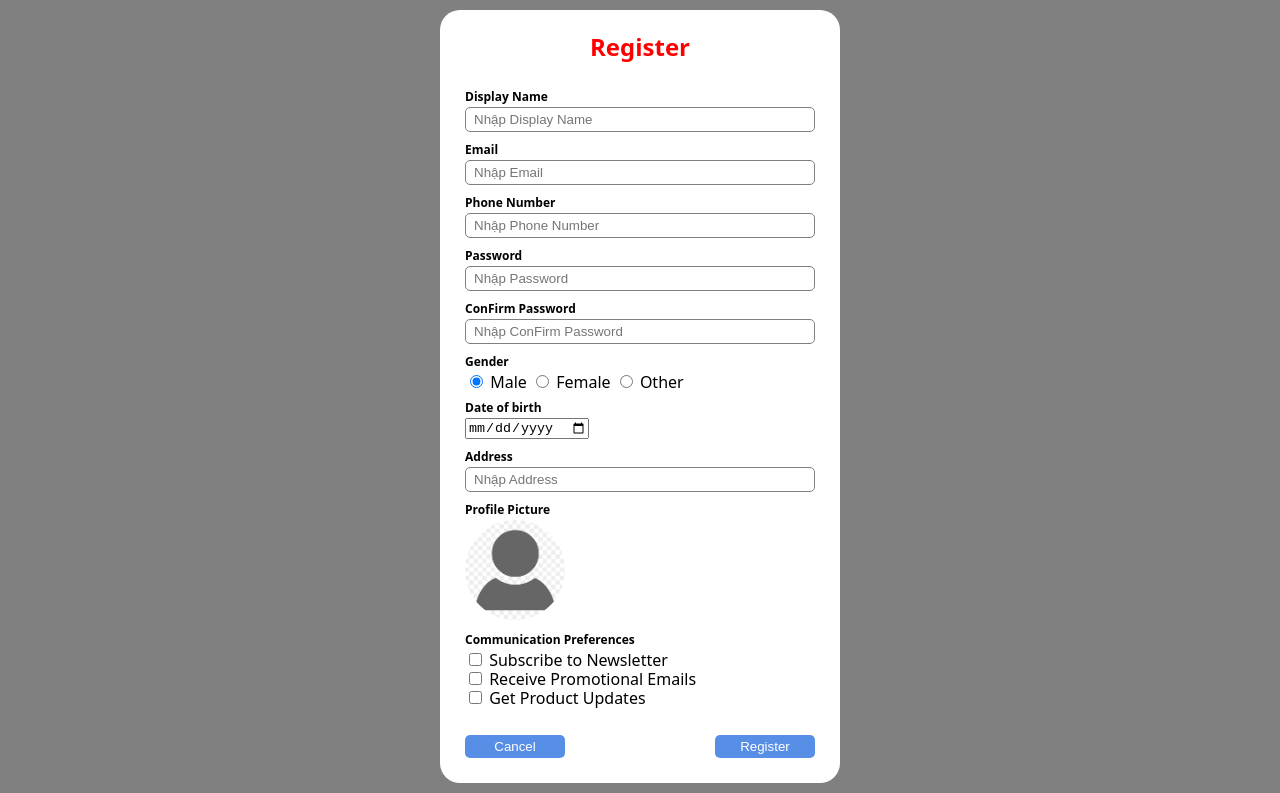
Repository: doanhieu0707/Homework-Day-5
Page: form-interactive.html
An editor plug-in stored every save of this project. The page is shown before and after a run of saves, followed by the edit.
The browser window is 1280 px wide. The pictures show the whole page.

Above is the page before, as saved 2026-04-02 14:08:25.

### form-interactive.html
<!doctype html>
<html lang="en">
    <head>
        <meta charset="UTF-8" />
        <meta name="viewport" content="width=device-width, initial-scale=1.0" />
        <link rel="stylesheet" href="./css/reset.css" />
        <link rel="stylesheet" href="./css/style.css" />
        <title>Register</title>
    </head>
    <body>
        <form action="" class="form">
            <h1 class="form-heading">Register</h1>
            <div class="form-group">
                <label for="display-name" class="form-label"
                    >Display Name</label
                >
                <input
                    class="form-input"
                    type="text"
                    id="display-name"
                    placeholder="Nhập Display Name"
                />
            </div>
            <div class="form-group">
                <label for="email" class="form-label">Email</label>
                <input
                    class="form-input"
                    type="email"
                    id="email"
                    placeholder="Nhập Email"
                />
            </div>
            <div class="form-group">
                <label for="phone-number" class="form-label"
                    >Phone Number</label
                >
                <input
                    class="form-input"
                    type="phone"
                    id="phone-number"
                    placeholder="Nhập Phone Number"
                />
            </div>
            <div class="form-group">
                <label for="password" class="form-label">Password</label>
                <input
                    class="form-input"
                    type="password"
                    id="password"
                    placeholder="Nhập Password"
                />
            </div>
            <div class="form-group">
                <label for="confirm-password" class="form-label"
                    >ConFirm Password</label
                >
                <input
                    class="form-input"
                    type="password"
                    id="confirm-password"
                    placeholder="Nhập ConFirm Password"
                />
            </div>
            <div class="form-group">
                <label class="form-label">Gender</label>
                <label>
                    <input type="radio" name="gender" value="male" checked />
                    Male
                </label>
                <label>
                    <input type="radio" name="gender" value="female" /> Female
                </label>
                <label>
                    <input type="radio" name="gender" value="other" /> Other
                </label>
            </div>
            <div class="form-group">
                <label for="date-of-birth" class="form-label">
                    Date of birth
                </label>
                <input type="date" id="date-of-birth" />
            </div>
            <div class="form-group">
                <label for="address" class="form-label">Address</label>
                <input
                    class="form-input"
                    type="text"
                    id="address"
                    placeholder="Nhập Address"
                />
            </div>
            <div class="form-group">
                <label for="profile-picture" class="form-label"
                    >Profile Picture</label
                >
                <label for="profile-picture" class="form-avatar">
                    <img src="./img/images.png" alt="avatar" class="avatar" />
                </label>
                <input type="file" id="profile-picture" hidden />
            </div>
            <div class="form-group">
                <label class="form-label">Communication Preferences</label>
                <div class="form-options">
                    <label>
                        <input type="checkbox" name="option" /> Subscribe to
                        Newsletter
                    </label>
                    <label>
                        <input type="checkbox" name="option" /> Receive
                        Promotional Emails
                    </label>
                    <label>
                        <input type="checkbox" name="option" /> Get Product
                        Updates
                    </label>
                </div>
            </div>
            <div class="form-group form-footer">
                <button class="btn">Cancel</button>
                <button class="btn">Register</button>
            </div>
        </form>
    </body>
</html>

### css/style.css
* {
    box-sizing: border-box;
}

body {
    background-color: gray;
    font-family:
        system-ui,
        -apple-system,
        BlinkMacSystemFont,
        "Segoe UI",
        Roboto,
        Oxygen,
        Ubuntu,
        Cantarell,
        "Fira Sans",
        "Droid Sans",
        "Helvetica Neue",
        sans-serif;
}

/* ===== CV ===== */
.cv {
    background-color: white;
    max-width: 765px;
    padding: 32px 0;
    margin: 28px auto 0px;
}

.cv .infor {
    margin-left: 60px;
    margin-right: 60px;
}

.header {
    text-align: center;
}

.header p {
    font-weight: 500;
    margin-top: 8px;
}

.header .heading-1 {
    font-weight: bold;
    font-size: larger;
    margin: 0;
}

.infor .work {
    margin-top: 28px;
}

.work .heading-2 {
    border-bottom: 2px solid #333;
    padding-bottom: 6px;
    font-weight: bold;
}

.part ul {
    margin-left: 20px;
        margin-top: 16px;
    list-style-type: disc;
}

.part ul li {
    line-height: 20px;
    text-align: justify;
}

.part ul li::marker {
    color: black;
}

.part .title {
    display: flex;
    margin-top: 12px;
    justify-content: space-between;
}

.part .title span {
    font-weight: bold;
}

.footer {
    margin-top: 16px;
}

.footer .info {
    border-bottom: 2px solid #333;
    padding-bottom: 6px;
    font-weight: bold;
}

.footer p {
    margin-top: 16px;
}

.footer span {
    font-weight: bold;
}


/* ===== Menu ===== */
.menu {
    display: flex;
    align-items: center;
    justify-content: center;
    padding: 0 45px;
    font-size: 0;
    background-color: #3e5cca;
}

.menu li {
    display: inline-block;
}

.menu li a {
    display: inline-block;
    color: white;
    font-size: 16px;
    padding: 21px;
    text-decoration: none;
}

.menu li:hover {
    background-color: pink;
}

.menu li a:hover {
    color: #3e5cca;
}


/* ===== Form ===== */
.form {
    max-width: 400px;
    padding: 25px;
    margin: 10px auto;
    border-radius: 20px;
    background-color: #fff;
}

.form-heading {
    margin-bottom: 32px;
    text-align: center;
    font-size: 24px;
    font-weight: bold;
    color: red
}

.form-label {
    display: block;
    margin: 12px 0 4px;
    font-weight: 600;
    font-size: 12px;
}

.form-input {
    width: 100%;
    padding: 4px 8px;
    border: 1px solid gray;
    border-radius: 5px;
    outline: none;
}

.avatar {
    width: 100px;
    height: 100px;
    cursor: pointer;
    border-radius: 50%;
}

.form-options label {
    display: block;
}

.form-footer {
    display: flex;
    margin-top: 28px;
    justify-content: space-between;
}

.btn {
    display: inline-block;
    padding: 4px 16px;
    border-radius: 5px;
    min-width: 100px;
    text-align: center;
    border: none;
    background: rgb(87, 142, 230);
    color: white;
    text-decoration: none;
    cursor: pointer;
}

Loaded but not shown: css/reset.css (common file)

After the next 2 saves:
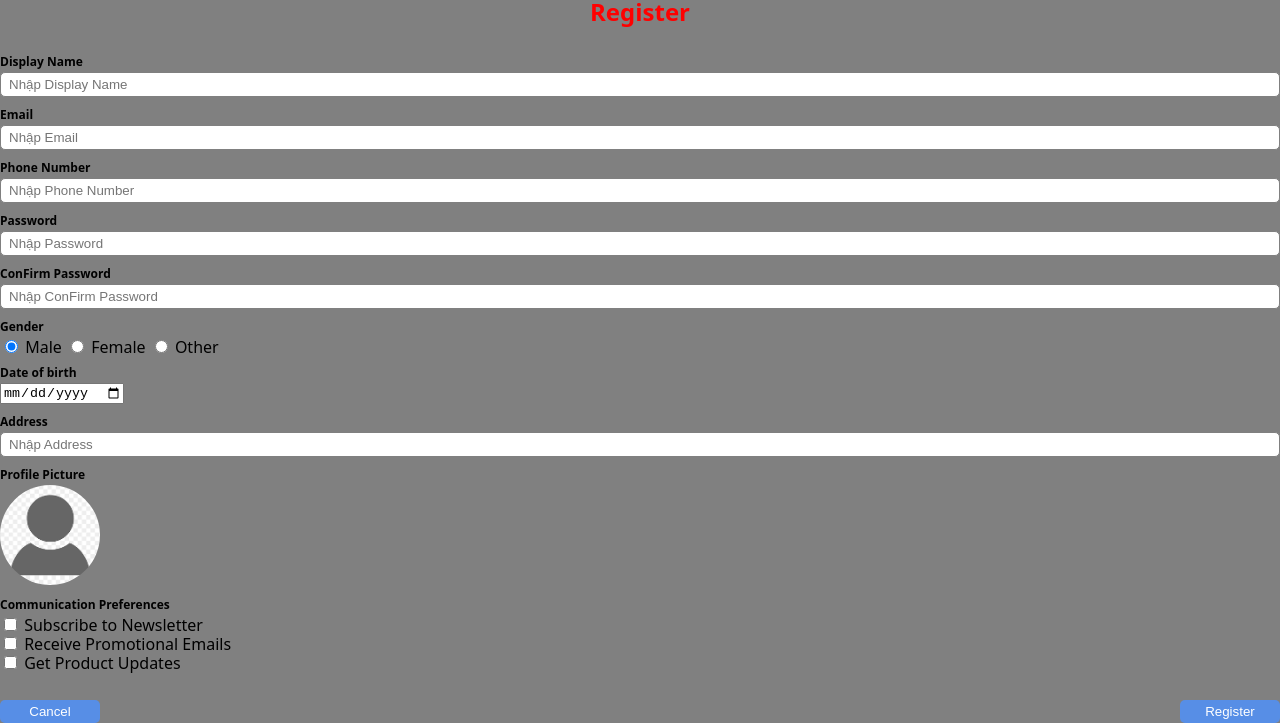
The 2 saves are shown as one change because they came seconds apart.
The last was saved 2 min 0 s later.
--- a/css/style.css
+++ b/css/style.css
@@ -131,6 +131,8 @@
     color: #3e5cca;
 }
 
+.menu
+
 
 /* ===== Form ===== */
 .form {

After the save that followed:
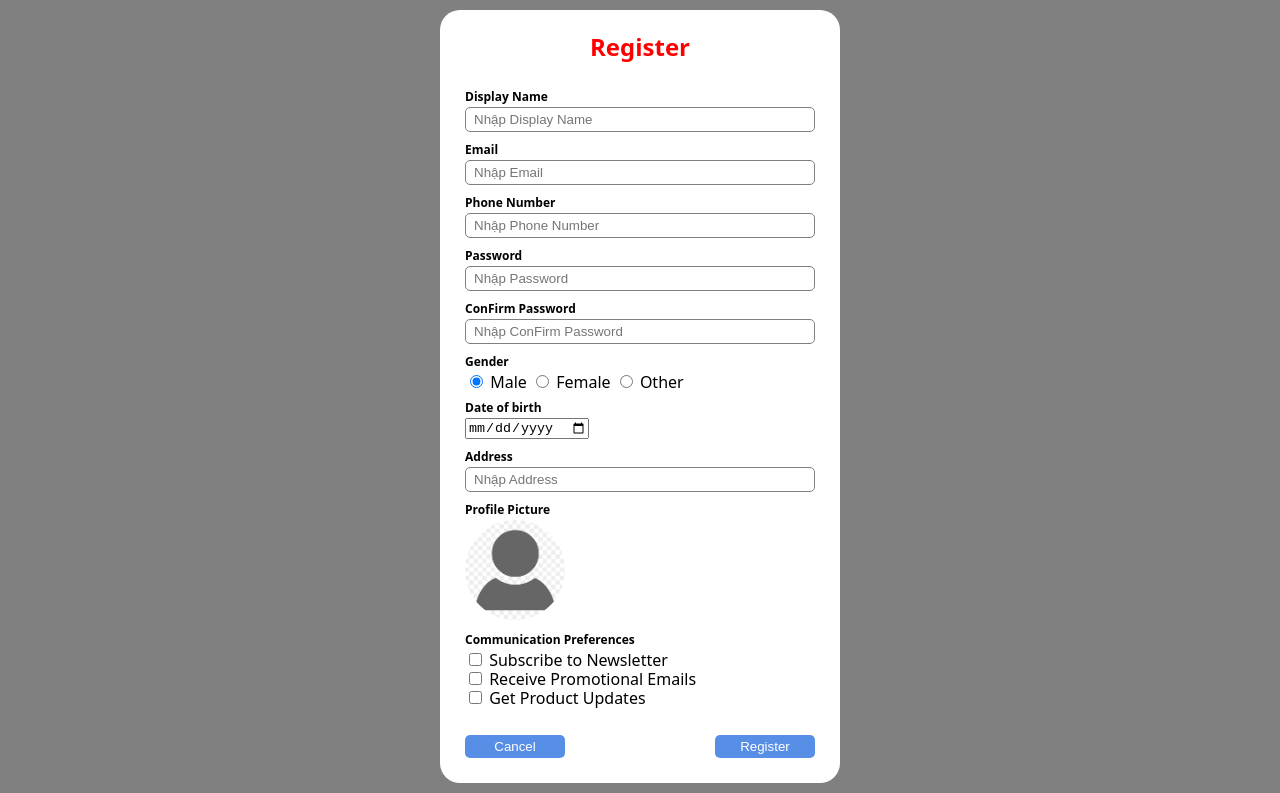
Saved 5 s later.
--- a/css/style.css
+++ b/css/style.css
@@ -131,7 +131,9 @@
     color: #3e5cca;
 }
 
-.menu
+.menu li:active {
+    ba
+}
 
 
 /* ===== Form ===== */
